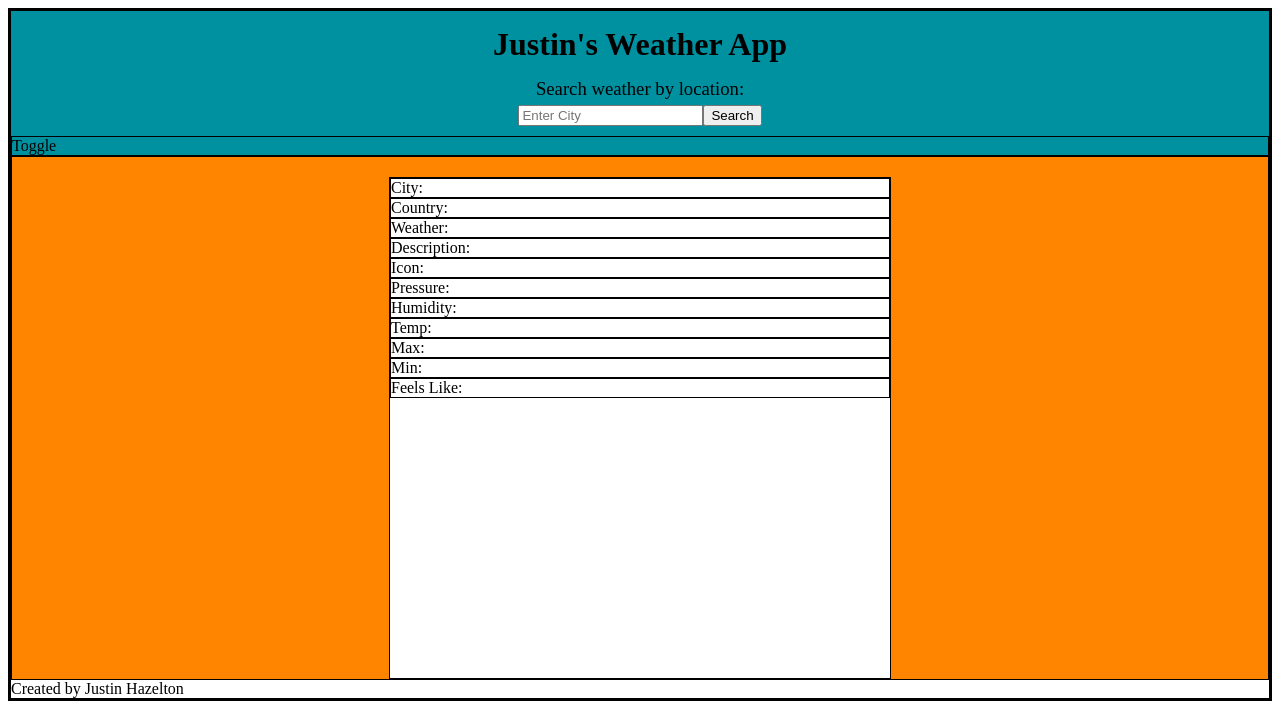
Repository: J-Haze/Weather
Page: /
An editor plug-in stored every save of this project. The page is shown before and after the next save, followed by the edit.
The browser window is 1280 px wide. The pictures show the whole page.
The project was rebuilt for these pictures with package versions that can differ from the ones it lists, and the page was loaded fresh each time. Also part of the build but not shown: src/index.css.

Above is the page before, as saved 2020-09-06 17:30:35.

After the next save:
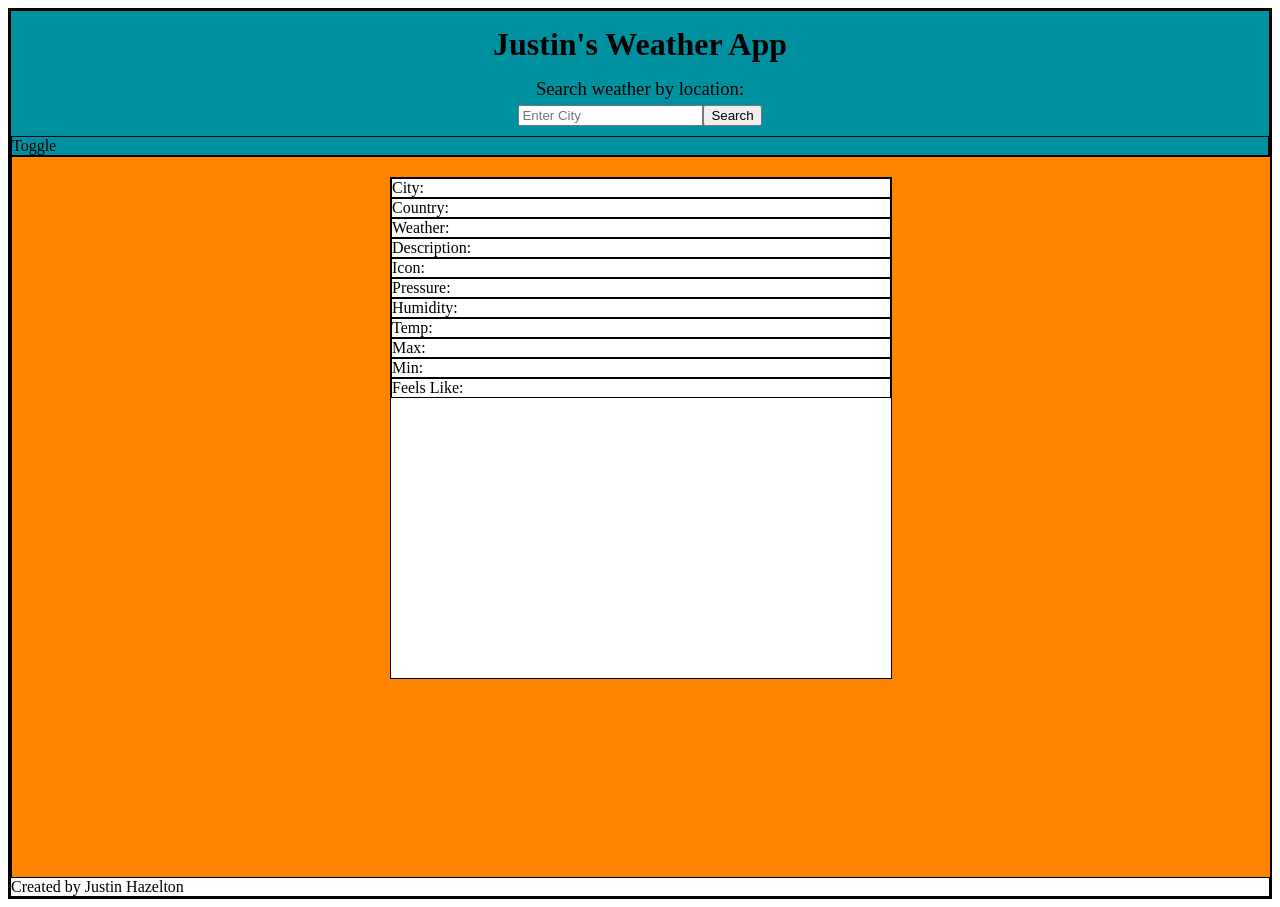
Saved 5 min 9 s later.
--- a/src/App.css
+++ b/src/App.css
@@ -7,6 +7,18 @@
 div {
     border: solid black 1px;
 }
+
+/* #root{
+        width: 100%;
+        height: 100%;
+        bottom: 0px;
+}
+
+#app{
+        width: 100%;
+        height: 100%;
+        bottom: 0px;
+} */
 
 header{
     background-color: var(--light-blue);
@@ -75,8 +87,9 @@ header{
 
 #results-section{
     background-color: var(--orange);
+    width: 100%;
     margin-top: 0px;
-    height: 100%;
+    height: 100vh;
 }
 
 
